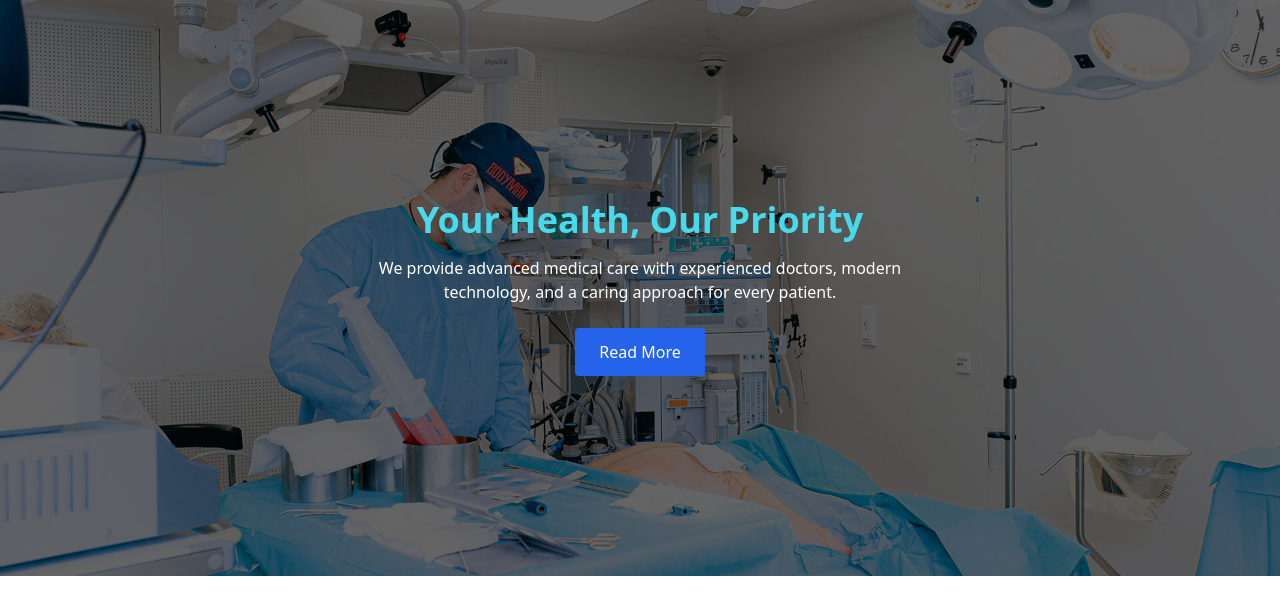
Repository: ahmedkhaleddev02-del/DoctorAppointment-MERN
Page: / (app in frontend/frontend/)
An editor plug-in stored every save of this project. The page is shown before and after the next save, followed by the edit.
The browser window is 1280 px wide. The pictures show the whole page.
The project was rebuilt for these pictures with package versions that can differ from the ones it lists, and the page was loaded fresh each time.

Above is the page before, as saved 2025-07-27 17:50:52.

After the next save:
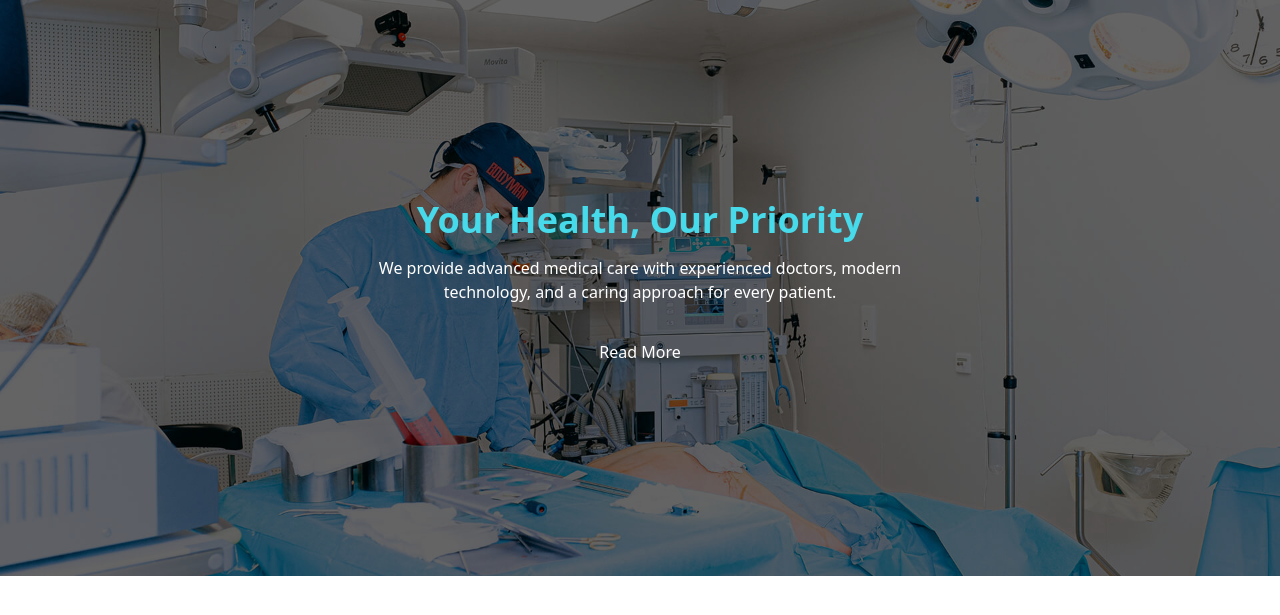
Saved 25 s later.
--- a/frontend/frontend/src/components/HeroSlider.jsx
+++ b/frontend/frontend/src/components/HeroSlider.jsx
@@ -53,7 +53,7 @@
 
              <p className="max-w-xl">{slide.text}</p>
 
-             <a className="mt-6 inline-block bg-blue-600 px-6 py-3 rounded hover:bg-blue-700">
+             <a className="mt-6 inline-block  py-3 rounded ">
               Read More
 
              </a>
